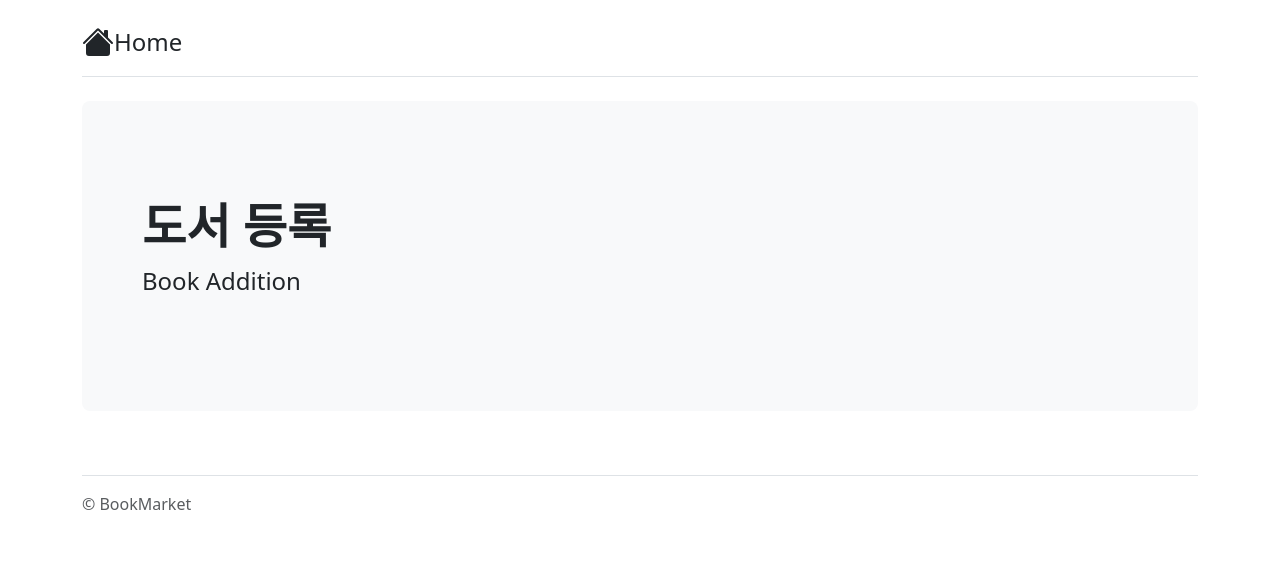
Repository: SJM7301/KH-JSP
Page: http://localhost/JSPBook/addBook.jsp
These files come from the project's save history. The page is drawn as it stood at one moment and after the next save; the edit follows.
The browser window is 1280 px wide. The pictures show the whole page.
The page is served by Tomcat 10.

Above is the page before, as saved 2025-02-05 02:47:06.

After the next save:
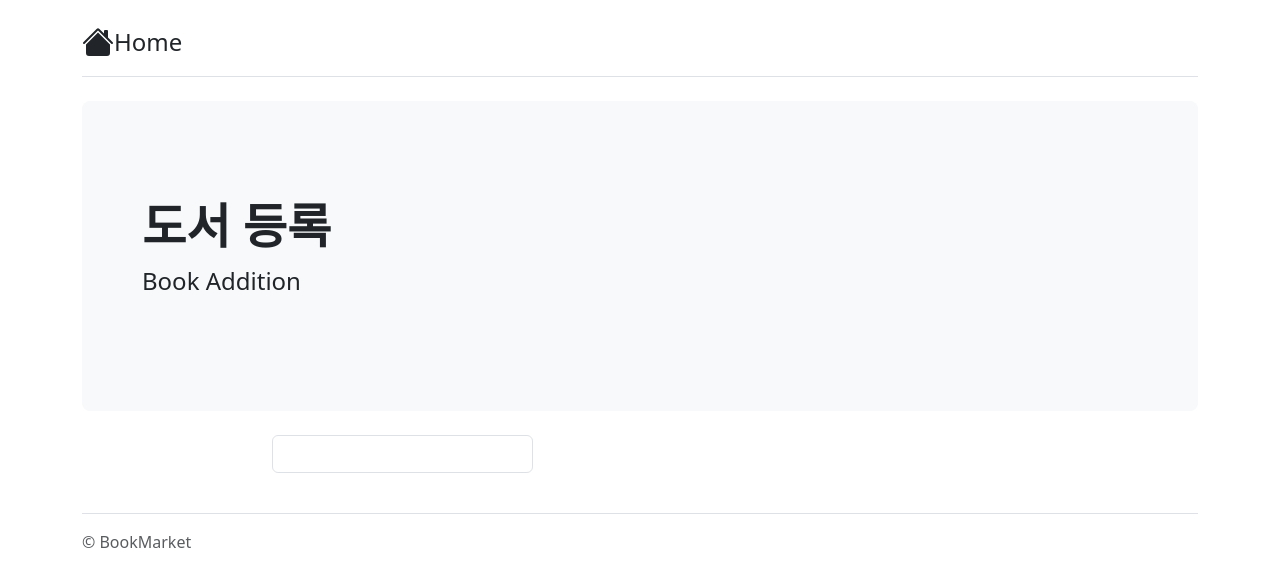
Saved 41 s later.
--- a/JSPBook/src/main/webapp/addBook.jsp
+++ b/JSPBook/src/main/webapp/addBook.jsp
@@ -23,7 +23,7 @@
 				<div class="mb-3 row">
 					<label class="col-sm-2"></label>
 					<div class="col-sm-3">
-
+						<input type="text" name="" class="form-control">
 					</div>
 				</div>
 			</form>
